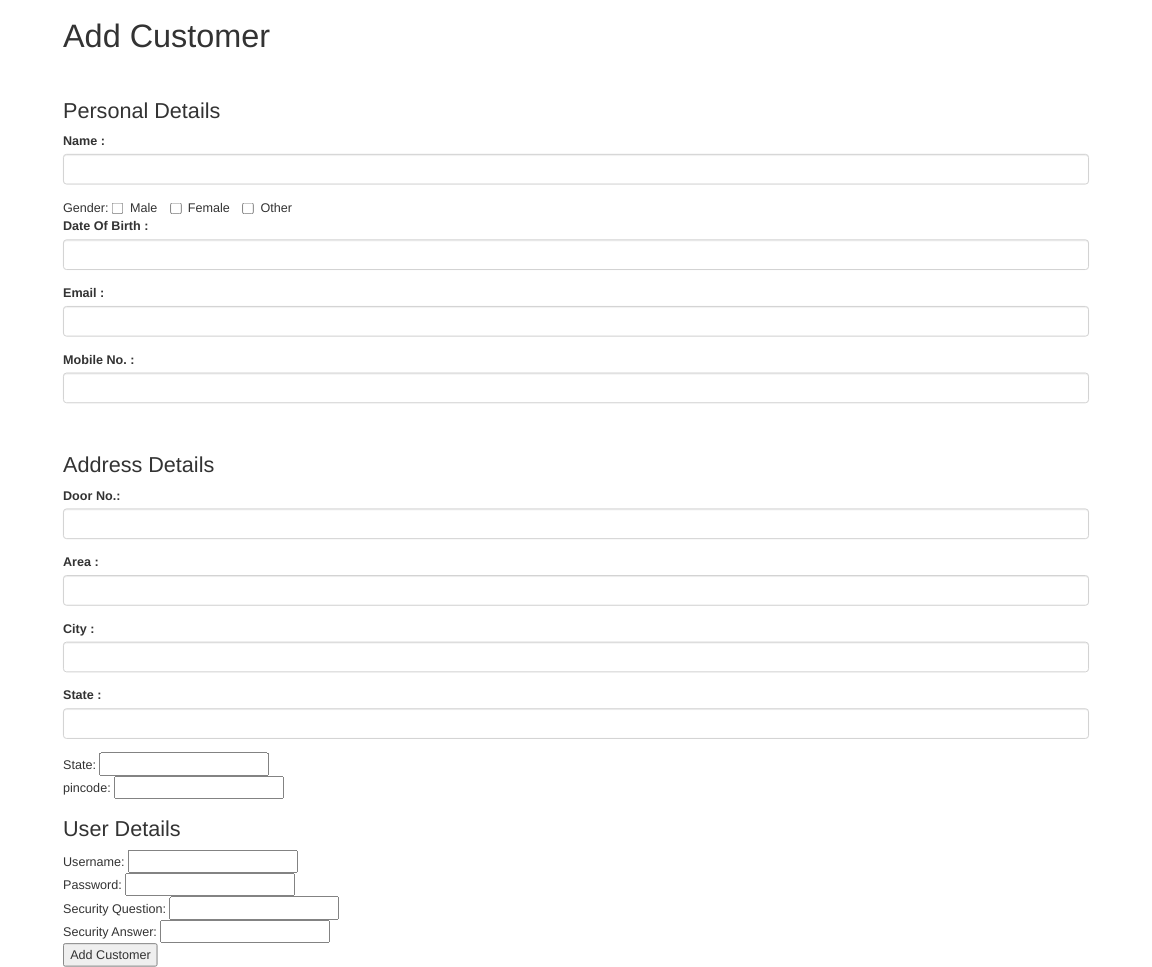
Repository: Shubham-Gawade/SpringHibernateTraining
Page: http://localhost/xorbankonline/WEB-INF/pages/addcustomer.jsp
These files come from the project's save history. The page is drawn as it stood at one moment and after the next save; the edit follows.
The browser window is 1280 px wide. The pictures show the whole page, at 90% of full size.
The page is served by Tomcat 9. Nobody is signed in. Other server files are loaded and not shown. The template is opened directly, without the code that normally fills it, so the values that code supplies are empty.

Above is the page before, as saved 2021-10-07 04:30:44.

### xorbankonline/src/main/webapp/WEB-INF/pages/addcustomer.jsp
<%@ page language="java" contentType="text/html; charset=ISO-8859-1"
    pageEncoding="ISO-8859-1"%>
<%@ taglib prefix="form" uri="http://www.springframework.org/tags/form" %>
<!DOCTYPE html>
<html>
<head>
<meta charset="ISO-8859-1">
<title>Insert title here</title>
<link rel="stylesheet" href="https://maxcdn.bootstrapcdn.com/bootstrap/3.3.7/css/bootstrap.min.css">
</head>
<body class="container">
	<h1>Add Customer</h1>
	<form:form action="addcustomer" method="post" modelAttribute="customerObj">
		<br/>
		<h3>Personal Details</h3>
		<div class="form-group">
		    <label for="name">Name :</label>
		    <form:input type="text" path="personName" class="form-control" name="name"/>
		</div>
		Gender:
		<label class="checkbox-inline"><input type="checkbox" value="MALE">Male</label>
		<label class="checkbox-inline"><input type="checkbox" value="FEMALE">Female</label>
		<label class="checkbox-inline"><input type="checkbox" value="OTHER">Other</label>
		<div class="form-group">
		    <label for="dateOfBirth">Date Of Birth :</label>
		    <input type="text" class="form-control" name="dateOfBirth">
		</div>
		<div class="form-group">
		    <label for="email">Email :</label>
		    <form:input type="email" class="form-control" path="email" name="email"/>
		</div>
		<div class="form-group">
		    <label for="email">Mobile No. :</label>
		    <form:input type="number" class="form-control" path="mobileNo" name="mobileNo"/>
		</div>

		<br/>
		<h3>Address Details</h3>
		<div class="form-group">
		    <label for="doorNo">Door No.:</label>
		    <form:input type="text" class="form-control" path="address.doorNo" name="doorNo"/>
		</div>
		<div class="form-group">
		    <label for="area">Area :</label>
		    <form:input type="text" class="form-control" path="address.area" name="area"/>
		</div>
		<div class="form-group">
		    <label for="city">City :</label>
		    <form:input type="text" class="form-control" path="address.city" name="city"/>
		</div>
		<div class="form-group">
		    <label for="state">State :</label>
		    <form:input type="text" class="form-control" path="address.state" name="state"/>
		</div>
		State: <form:input path="address.state" type="text"/><br/>
		pincode: <form:input path="address.pincode" type="text"/><br/>

		<h3>User Details</h3>
		Username: <form:input path="user.userName" type="text"/><br/>
		Password: <form:input path="user.password" type="password"/><br/>
		Security Question: <form:input path="user.securityQuestion" type="text"/><br/>
		Security Answer: <form:input path="user.securityAnswer" type="text"/><br/>
		<input type="submit" value="Add Customer"/>
	</form:form>
</body>
</html>

After the next save:
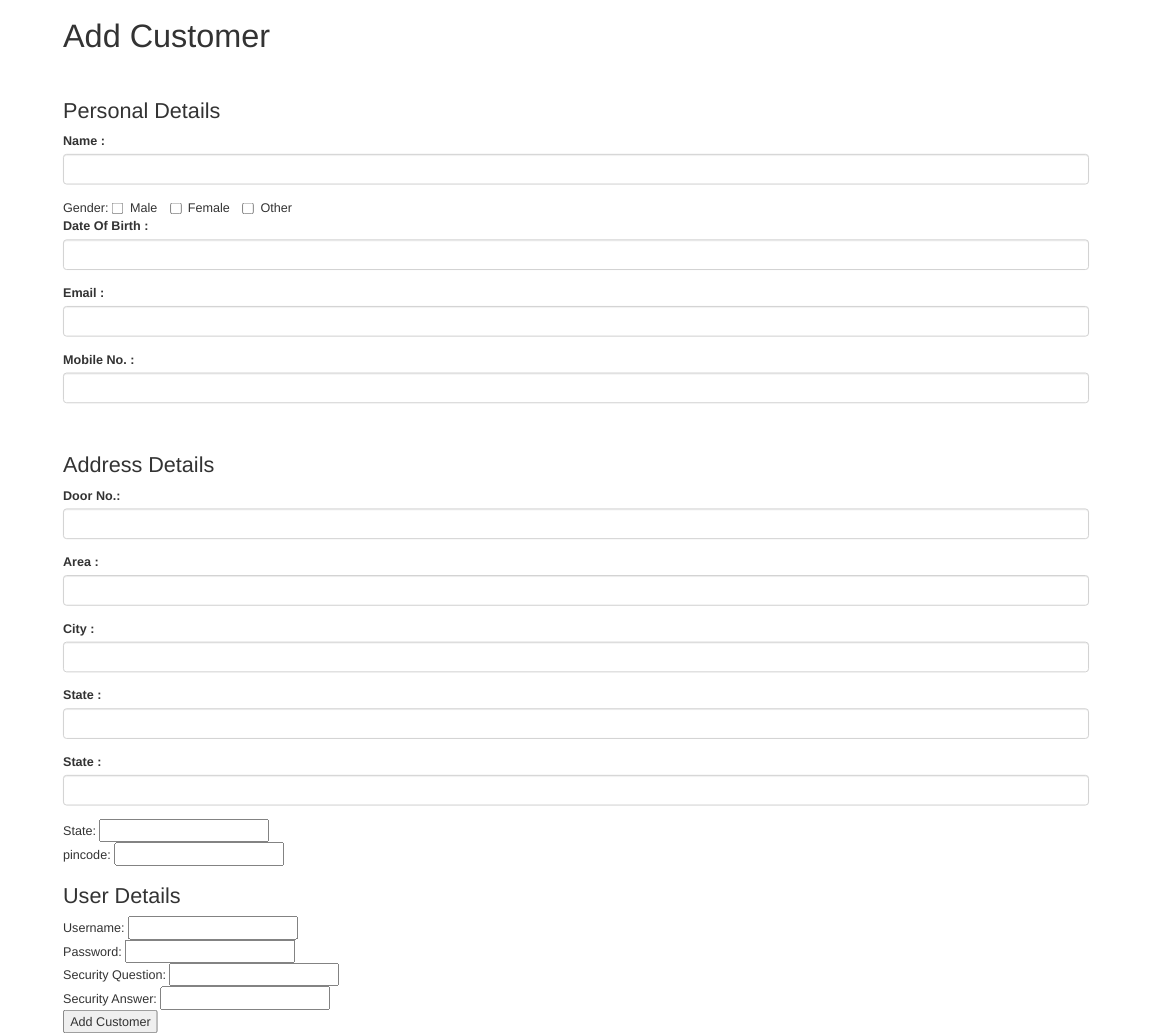
Saved 12 s later.
--- a/xorbankonline/src/main/webapp/WEB-INF/pages/addcustomer.jsp
+++ b/xorbankonline/src/main/webapp/WEB-INF/pages/addcustomer.jsp
@@ -52,6 +52,10 @@
 		    <label for="state">State :</label>
 		    <form:input type="text" class="form-control" path="address.state" name="state"/>
 		</div>
+		<div class="form-group">
+		    <label for="pincode">State :</label>
+		    <form:input type="text" class="form-control" path="address.state" name="state"/>
+		</div>
 		State: <form:input path="address.state" type="text"/><br/>
 		pincode: <form:input path="address.pincode" type="text"/><br/>
 
